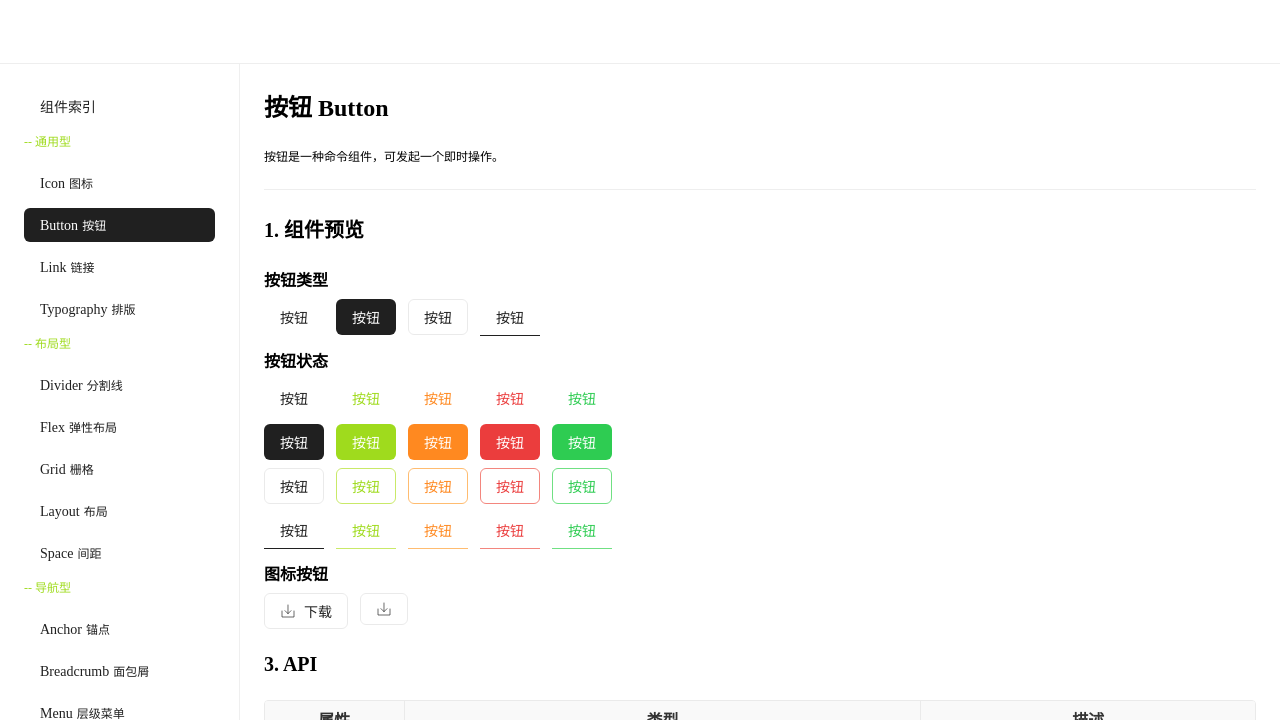
Repository: suminhan007/LandDesign
Page: /
An editor plug-in stored every save of this project. The page is shown before and after a run of saves, followed by the edit.
The browser window is 1280 px wide. The pictures show the whole page.
An inner scrolling area shows only its first screen. The project was rebuilt for these pictures with package versions that can differ from the ones it lists, and the page was loaded fresh each time. Also part of the build but not shown: vite.config.ts, packages/Pop.tsx, example/components/ComponentPreview.tsx, example/components/IconExample.tsx.

Above is the page before, as saved 2024-03-17 19:13:24.

After the next 2 saves:
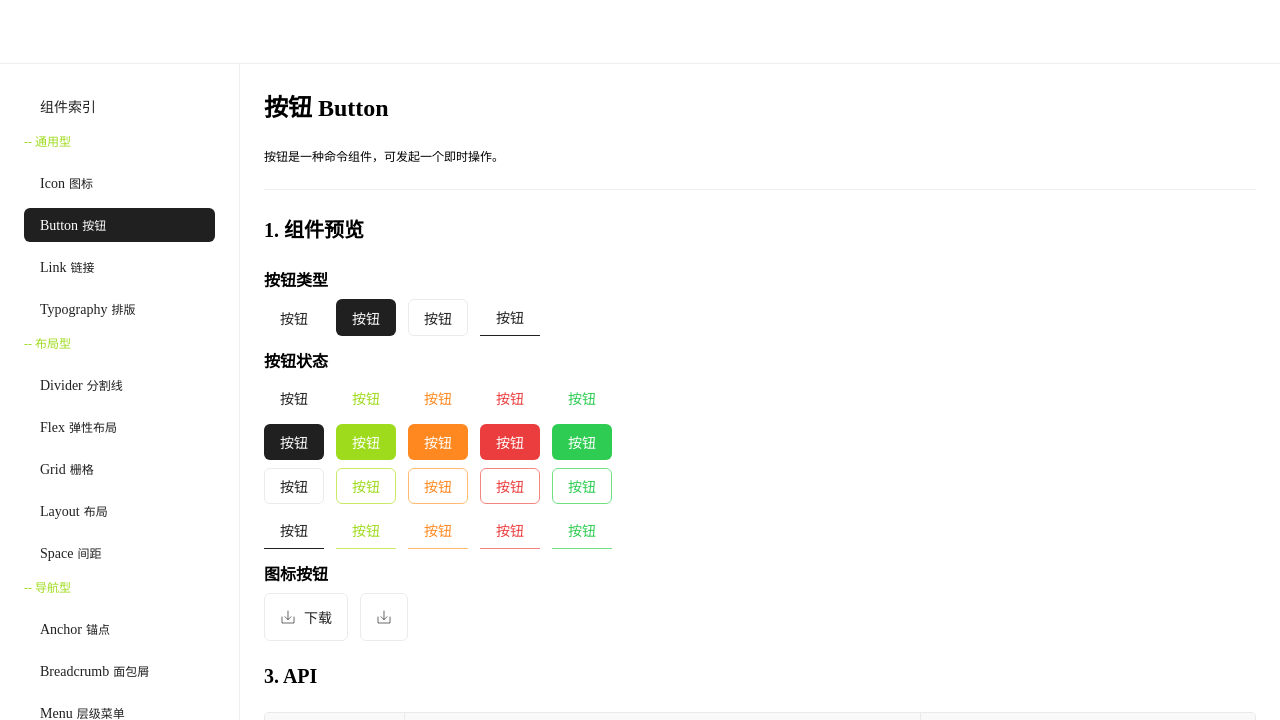
The 2 saves are shown as one change because they came seconds apart.
The last was saved 49 s later.
--- a/packages/Button.tsx
+++ b/packages/Button.tsx
@@ -80,11 +80,7 @@ const Button: React.FC<ButtonProps> = ({
       {!href ?
         <StyledButton
           className={`land-button ${type} ${status} ${iconOnly ? 'iconOnly' : ''} ${disabled ? 'disabled' : ''} ${pop ? 'hover-pop' : ''} ${className}`}
-          style={{
-            width: width || 'fit-content',
-            height: height || 'fit-content',
-            ...style
-          }}
+          style={style}
           justify={justify}
           color={buttonColorConfig}
           onClick={(e: React.UIEvent) => onClick?.(e)}
